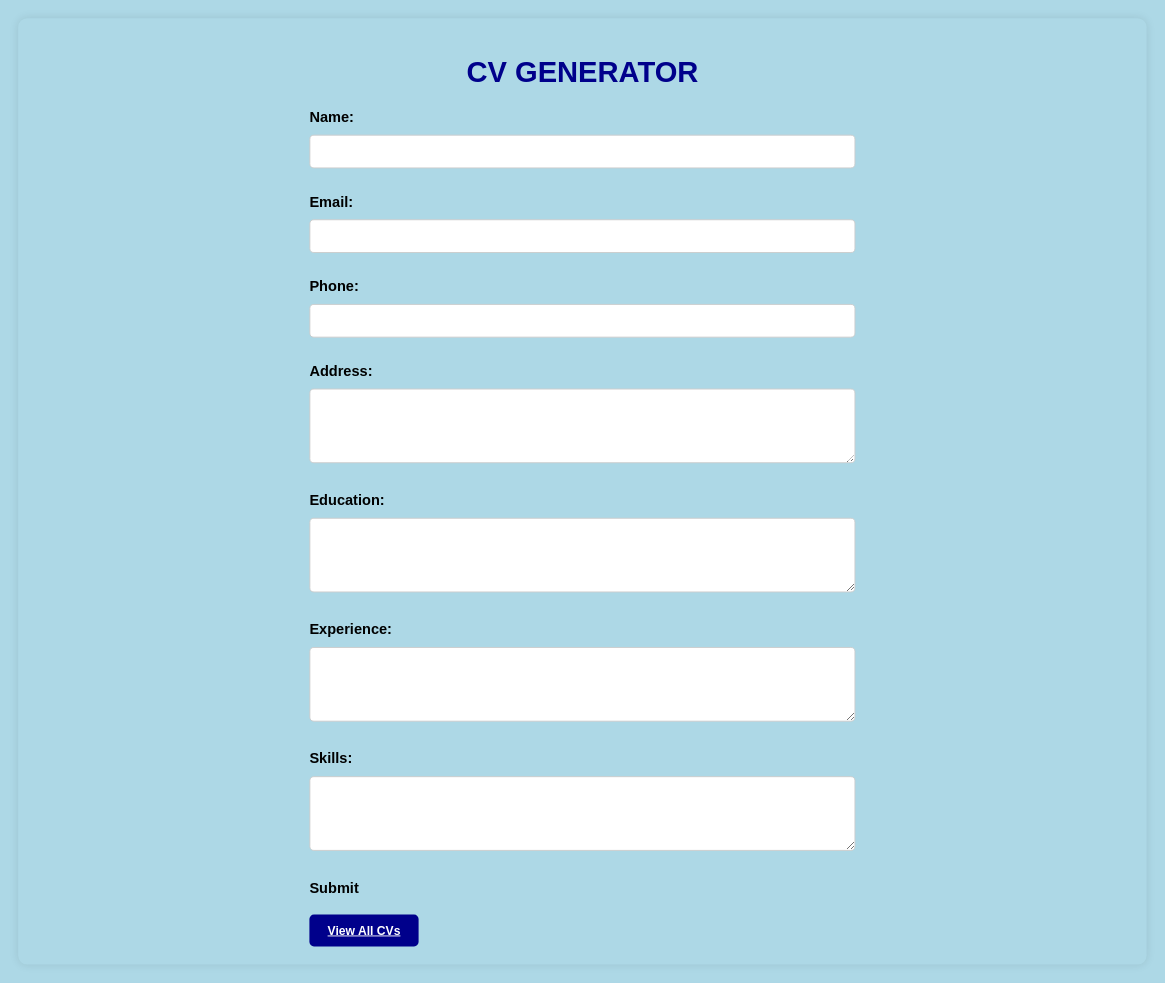
Repository: Arisha004/CV-generator
Page: index.html
An editor plug-in stored every save of this project. The page is shown before and after the next save, followed by the edit.
The browser window is 1280 px wide. The pictures show the whole page, at 91% of full size.

Above is the page before, as saved 2025-10-19 16:24:58.

After the next save:
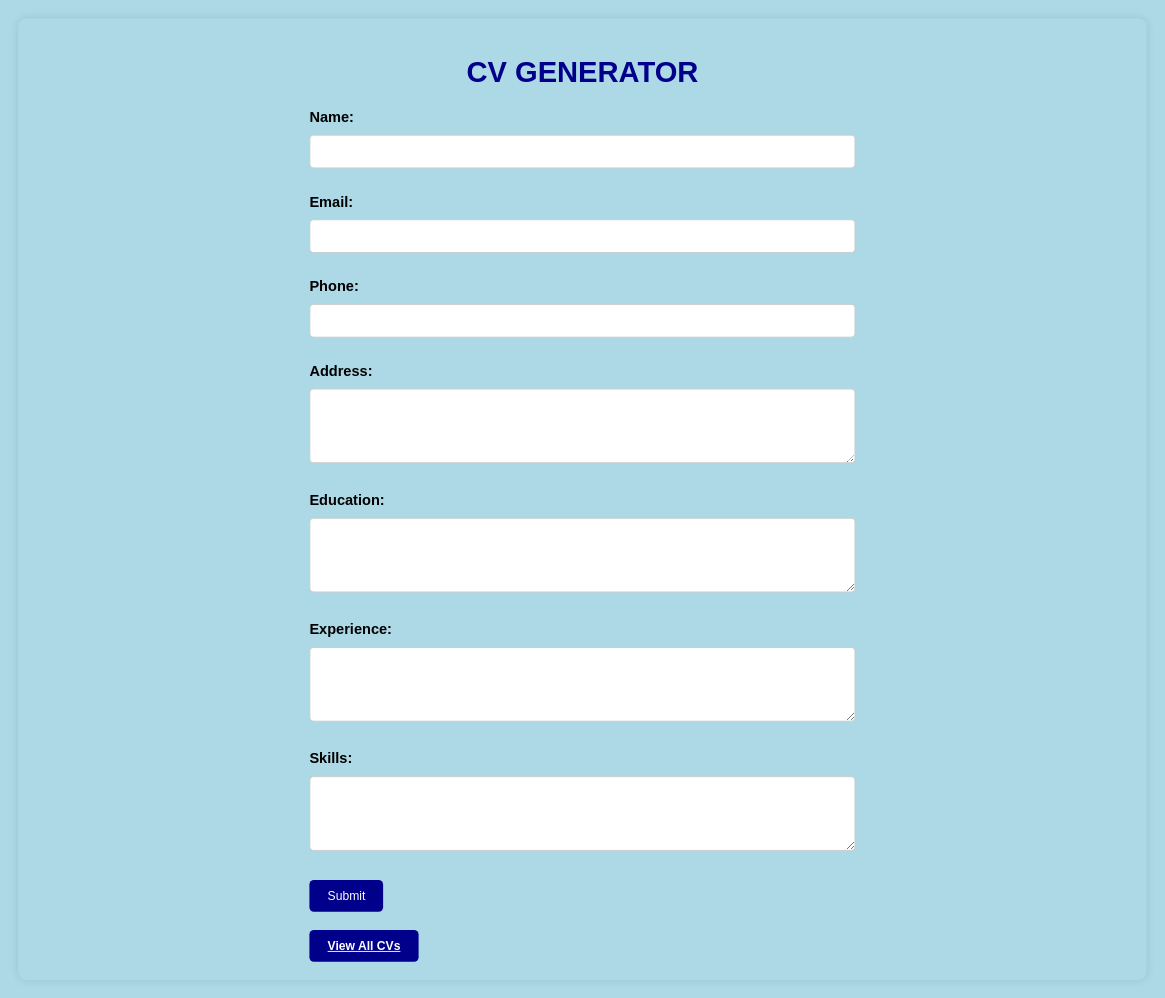
Saved 8 s later.
--- a/index.html
+++ b/index.html
@@ -28,7 +28,7 @@
         <label for="skills">Skills:</label><br>
         <textarea id="skills" name="skills" rows="4" cols="50" required></textarea><br><br>
 
-        <label for=""s
+        <label for="sociallinks"></label>
 
 
         <button type="submit" value="submit"> Submit </button>
